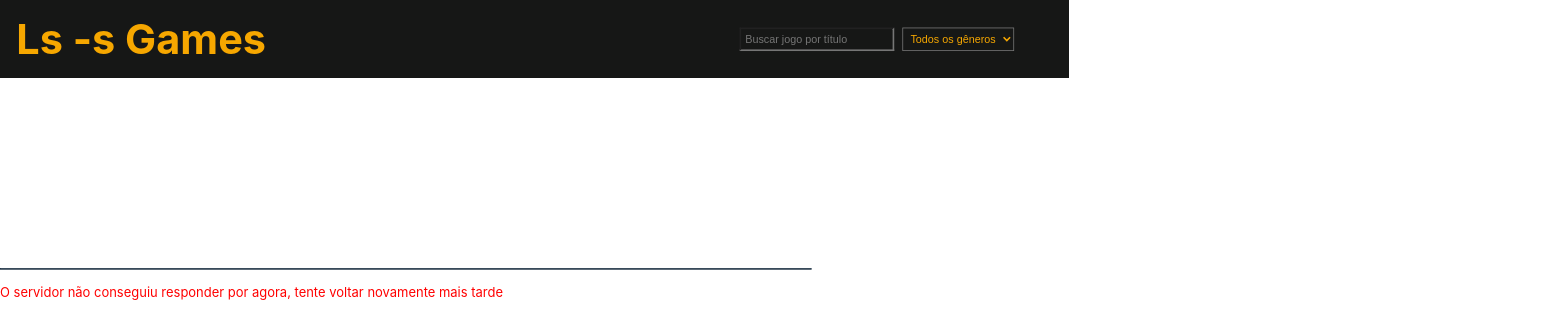
Repository: nlemuel/games-front-test
Page: /
These files come from the project's save history. The page is drawn as it stood at one moment and after the next save; the edit follows.
The browser window is 1280 px wide. The page is 1280 px wide, then 8002 px, so the pictures cover 1920 px, including what lies to the right of the window. The pictures show the whole page, at 81% of full size.
The page's requests for data from a server got no answer. The project was rebuilt for these pictures with package versions that can differ from the ones it lists, and the page was loaded fresh each time. No one was signed in, and anything a server would have sent is missing. Also part of the build but not shown: vite.config.ts.

Above is the page before, as saved 2023-06-25 17:37:19.

After the next save:
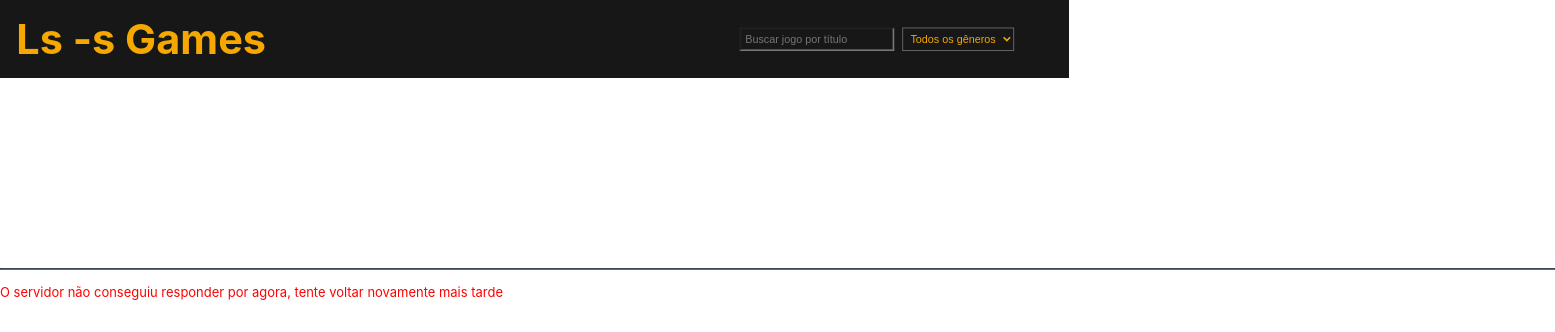
Saved 13 s later.
--- a/src/components/Container/styles.tsx
+++ b/src/components/Container/styles.tsx
@@ -5,7 +5,7 @@ const Container = styled.div`
   flex-wrap: wrap;
   justify-content: center;
   border: 1px solid;
-  min-width: 1000px;
+  min-width: 500rem;
 `;
 
 export default Container;
